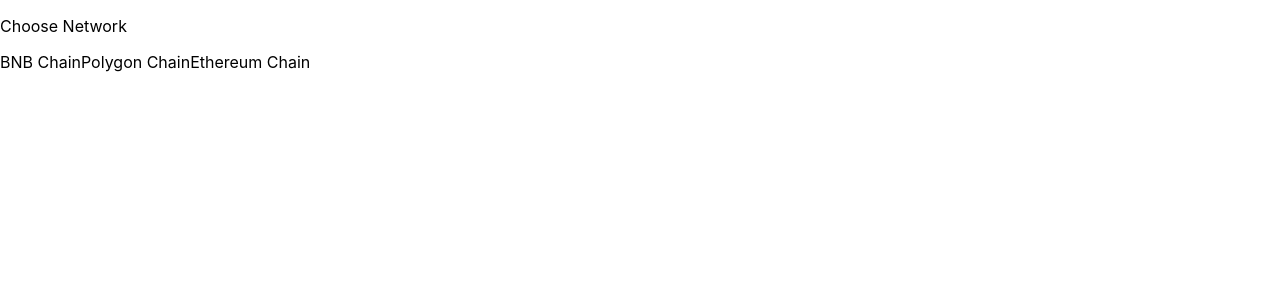
Repository: m-ahmadshaikh/Wallet-Connect
Page: /
The author's editor kept a copy of each file at every save. The page is drawn from the files as they stood at one save, then again after the next save.
The browser window is 1280 px wide. The pictures show the whole page.
The project was rebuilt for these pictures with package versions that can differ from the ones it lists, and the page was loaded fresh each time. Also part of the build but not shown: src/components/Button/Button.module.css.

Above is the page before, as saved 2023-01-19 17:58:10.

After the next save:
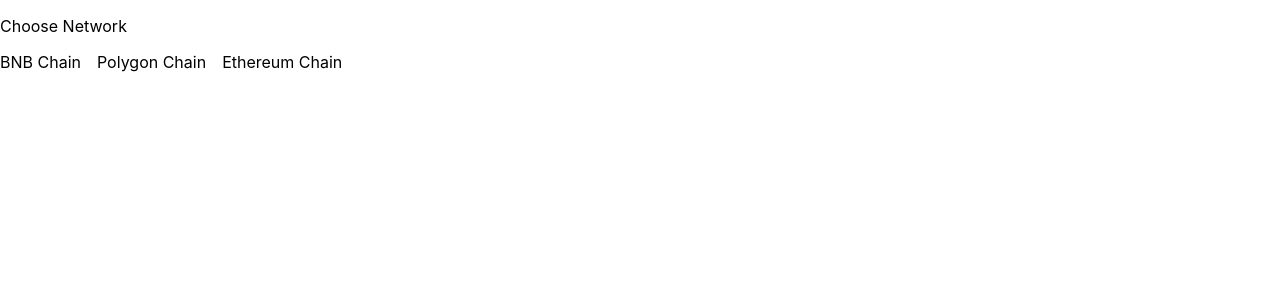
Saved 9 s later.
--- a/src/App.css
+++ b/src/App.css
@@ -1,3 +1,4 @@
 .flex {
-  display: flex
+  display: flex;
+  gap: 1em;
 }
